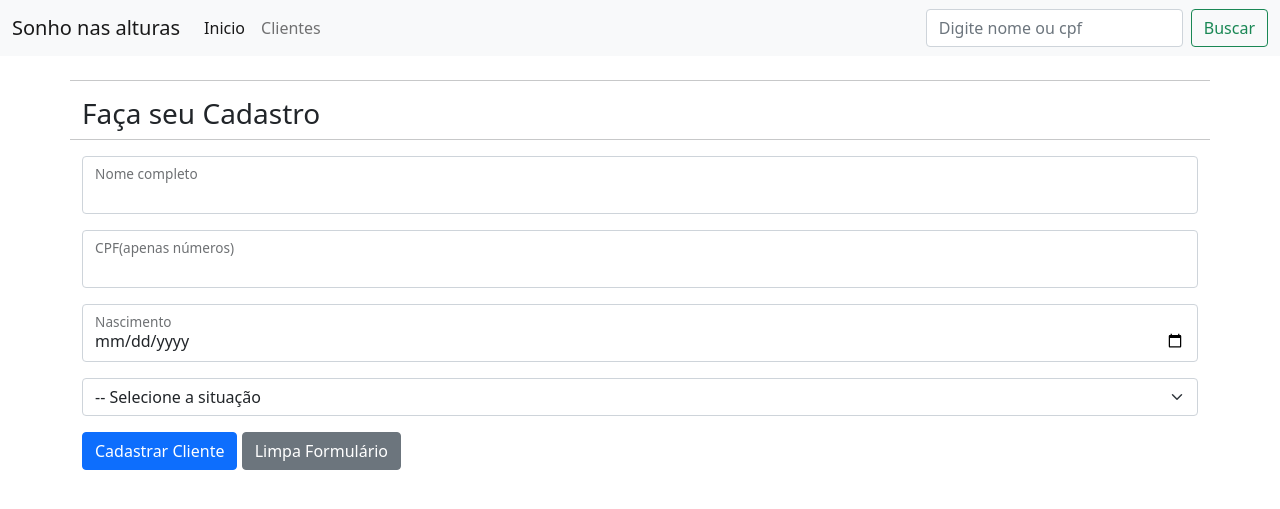
Repository: GabrielAzevedo99/back-end
Page: java-crud/src/main/webapp/index.html
An editor plug-in stored every save of this project. The page is shown before and after the next save, followed by the edit.
The browser window is 1280 px wide. The pictures show the whole page.

Above is the page before, as saved 2022-02-05 01:08:12.

After the next save:
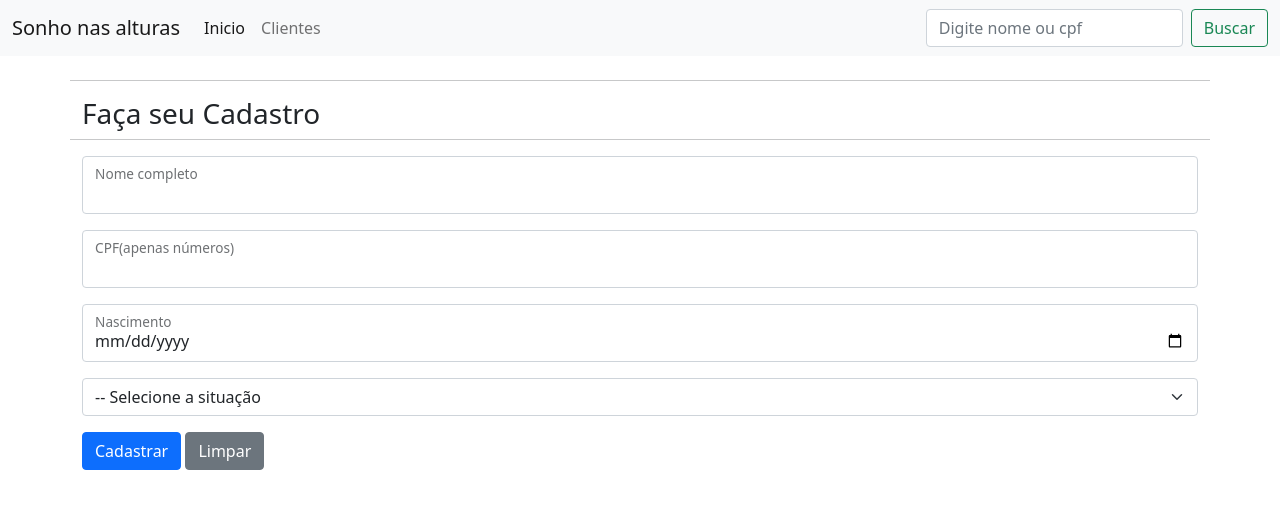
Saved 101 s later.
--- a/java-crud/src/main/webapp/index.html
+++ b/java-crud/src/main/webapp/index.html
@@ -58,8 +58,8 @@
 						<option value="Inativo">Inativo</option>
 					</select>
 
-					<button class=" btn btn-primary" type="submit" >Cadastrar Cliente </button>
-					<button class ="btn btn-secondary" type="reset" >Limpa Formulário </button>
+					<button class=" btn btn-primary" type="submit" >Cadastrar </button>
+					<button class ="btn btn-secondary" type="reset" >Limpar</button>
 
 
 
